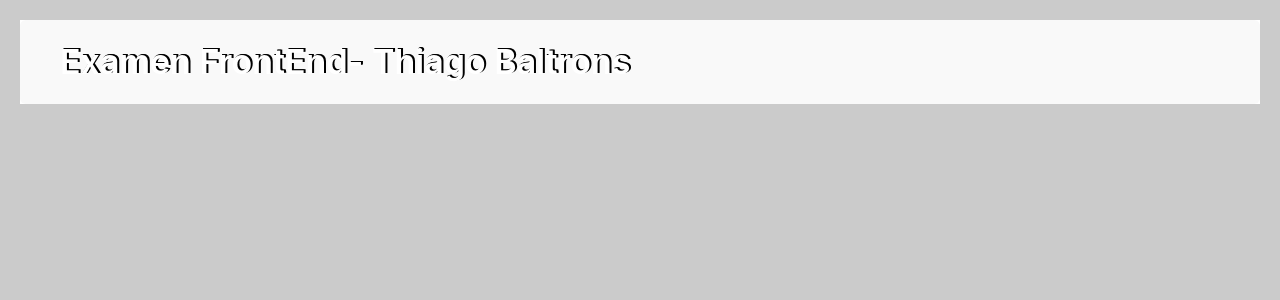
Repository: thiagobal1891-sudo/vue-ecommerce
Page: /#/thiago
These files come from the project's save history. The page is drawn as it stood at one moment and after the next save; the edit follows.
The browser window is 1280 px wide. The pictures show the whole page.
The page's requests for data from a server got no answer. The project was rebuilt for these pictures with package versions that can differ from the ones it lists, and the page was loaded fresh each time. No one was signed in, and anything a server would have sent is missing. Also part of the build but not shown: vue.config.js, src/components/ProductList.vue, src/components/CollectionsVue.vue, src/components/BrandsVue.vue, src/pages/HomePage.vue, src/pages/ErrorPage.vue, src/pages/CategoryPage.vue, src/pages/MyCartPage.vue and 7 more.

Above is the page before, as saved 2025-09-22 14:43:41.

After the next save:
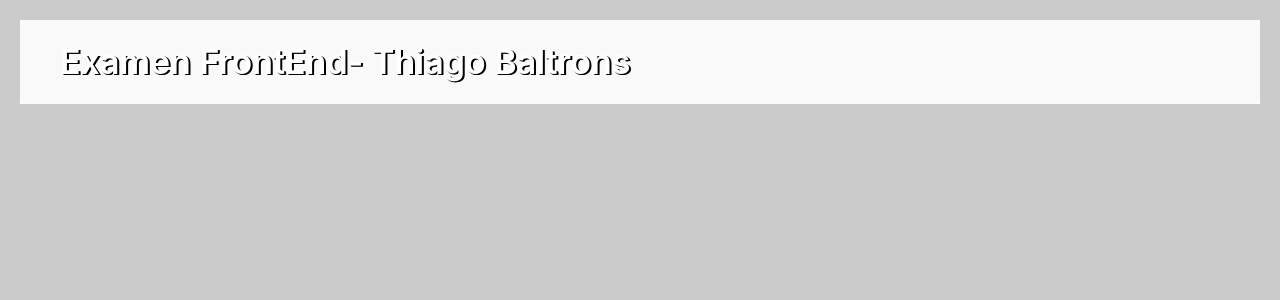
Saved 6 s later.
--- a/src/components/ThiagoVue.vue
+++ b/src/components/ThiagoVue.vue
@@ -48,8 +48,8 @@ export default {
   margin: auto 20px;
   white-space: nowrap;
   text-shadow:
-  1px -1px 0 black,
-  2px -1px 0 black;
+  1px 1px 0 black,
+  2px 1px 0 black;
 }
 
 .todo-list {
